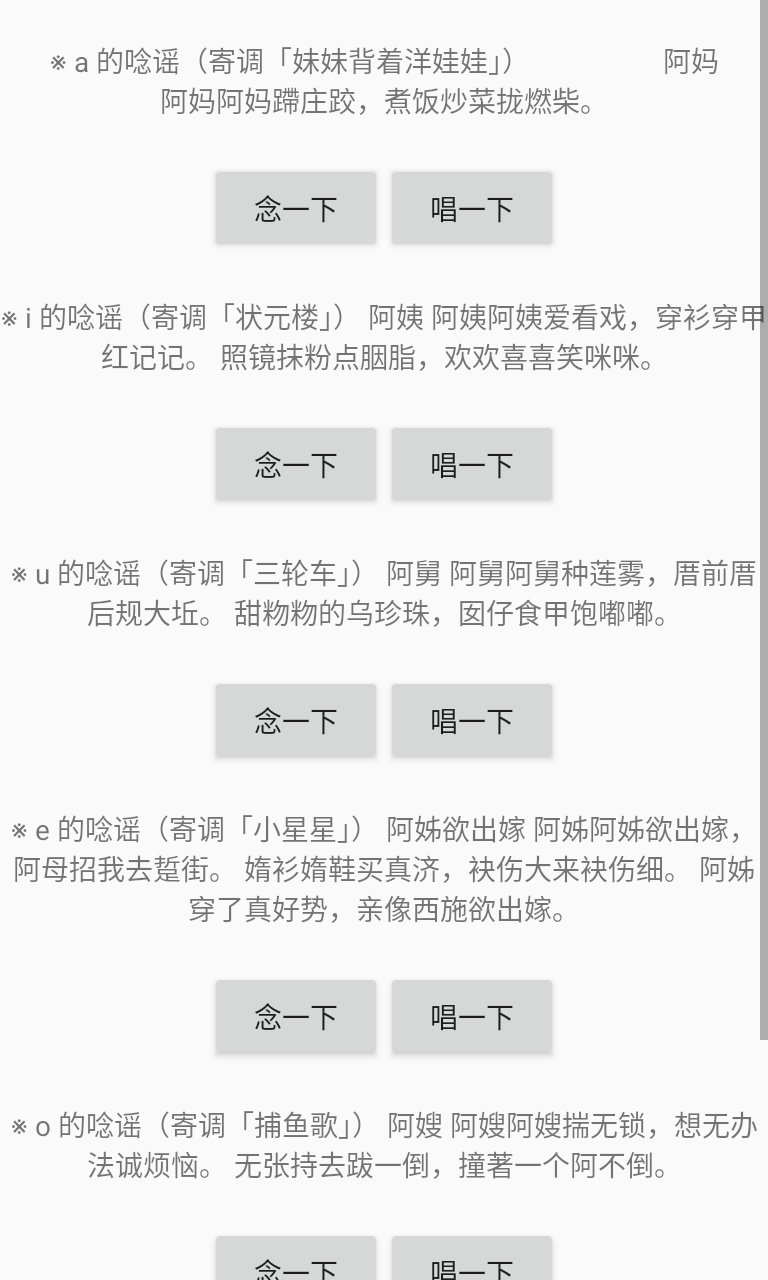
Repository: DIRONY/MinXue
Layout: MinXue/res/layout/fragment_nianyao.xml
The author's editor kept a copy of each file at every save. The layout is drawn from the files as they stood at one save, then again after the next save.
It is drawn on a 768 x 1280 px phone screen (xhdpi) without system bars, with theme AppTheme; the app's code is not run.

Above is the layout before, as saved 2014-12-03 06:38:53.

After the next save:
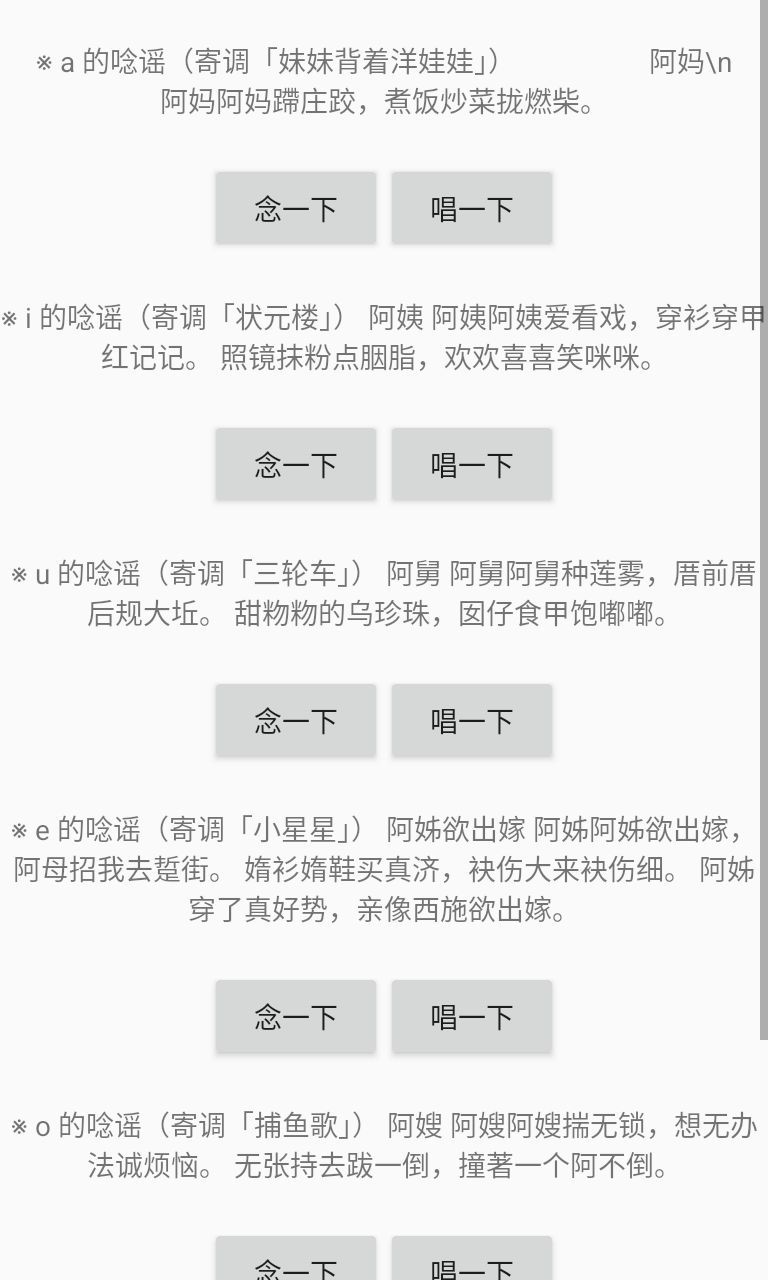
Saved 87 s later.
--- a/MinXue/res/layout/fragment_nianyao.xml
+++ b/MinXue/res/layout/fragment_nianyao.xml
@@ -15,8 +15,7 @@
             android:layout_marginTop="20dp"
             android:gravity="center"
             android:text="※ a 的唸谣（寄调「妹妹背着洋娃娃」）
-                  阿妈
-
+                  阿妈\n
                   阿妈阿妈蹛庄跤，煮饭炒菜拢燃柴。"/>
 
         <LinearLayout
